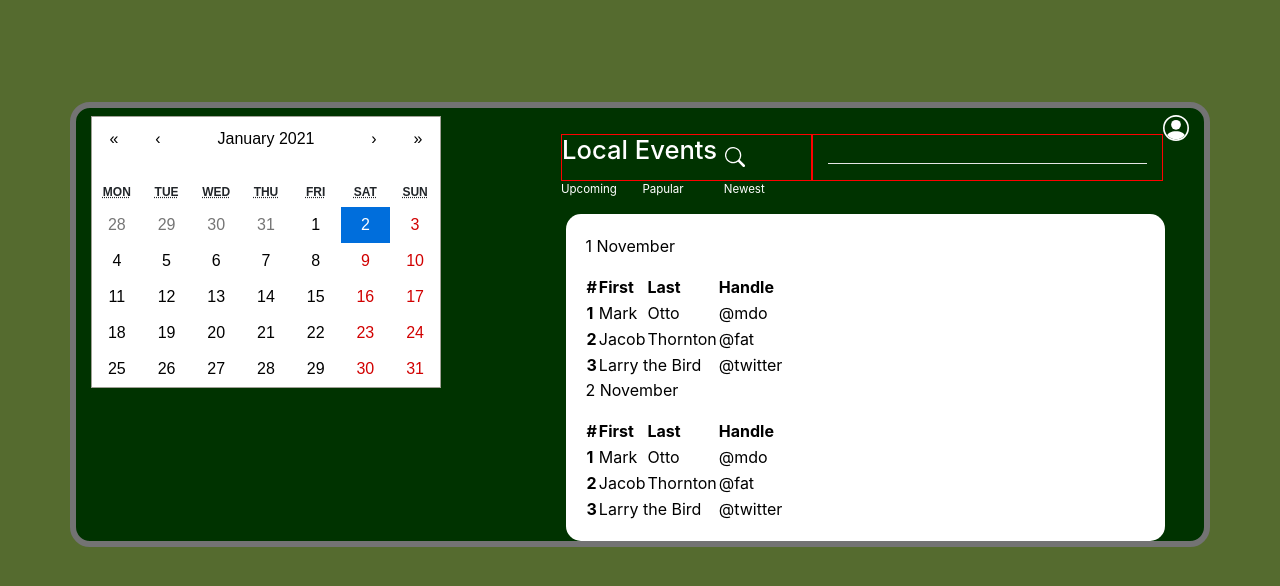
Repository: lalji-yadav/Calendar-code
Page: /
These files come from the project's save history. The page is drawn as it stood at one moment and after the next save; the edit follows.
The browser window is 1280 px wide. The pictures show the whole page.
The project was rebuilt for these pictures with package versions that can differ from the ones it lists, and the page was loaded fresh each time. Also part of the build but not shown: src/App.css.

Above is the page before, as saved 2021-01-04 10:44:59.

### src/App.js
import logo from './logo.svg';
import './App.css';
import MyApp from './calendar/calendar'
import Home from "./calendar/Home";

function App() {
  return (
    <div>
      <header>

        <Home />

      </header>
    </div>
  );
}

export default App;

### src/calendar/calendar.js
import React, { useState } from 'react';
import 'react-calendar/dist/Calendar.css';
import Calendar from 'react-calendar';

function MyApp() {
  const [value, onChange] = useState(new Date());

  return (
    <div>
      <Calendar
        onChange={onChange}
        value={value}
      />
    </div>
  );
}

export default MyApp;

### src/calendar/Home.js
import React from 'react';
import "./Home.css";
import MyApp from "./calendar";

function Home() {

  return (
    <div className="main">
      <div className='container'>
        <div className="row">
          <div className="col-sm-5 calendar">
             <MyApp />
          </div>
          <div className="col-sm-7">

            <div style={{float:"right", paddingTop:"1%"}}>
            <svg xmlns="http://www.w3.org/2000/svg" width="26" height="26" fill="white" class="bi bi-person-circle" viewBox="0 0 16 16">
            <path d="M13.468 12.37C12.758 11.226 11.195 10 8 10s-4.757 1.225-5.468 2.37A6.987 6.987 0 0 0 8 15a6.987 6.987 0 0 0 5.468-2.63z"/>
             <path fill-rule="evenodd" d="M8 9a3 3 0 1 0 0-6 3 3 0 0 0 0 6z"/>
             <path fill-rule="evenodd" d="M8 1a7 7 0 1 0 0 14A7 7 0 0 0 8 1zM0 8a8 8 0 1 1 16 0A8 8 0 0 1 0 8z"/>
            </svg>
            </div>

            <div className="row" style={{paddingTop:"4%"}}>
               <div className="col-sm-5" style={{border:"1px solid red"}}>
                 <div className="row">
                 <h1 style={{color:"white", fontSize:"2vw"}}>Local Events </h1>
               <svg  style={{margin:"5% 0% 0% 3%"}} xmlns="http://www.w3.org/2000/svg" width="20" height="20" fill="white" class="bi bi-search" viewBox="0 0 16 16">
               <path d="M11.742 10.344a6.5 6.5 0 1 0-1.397 1.398h-.001c.03.04.062.078.098.115l3.85 3.85a1 1 0 0 0 1.415-1.414l-3.85-3.85a1.007 1.007 0 0 0-.115-.1zM12 6.5a5.5 5.5 0 1 1-11 0 5.5 5.5 0 0 1 11 0z"/>
               </svg>
                 </div>
               </div>
               <div className="col-sm-7" style={{border:"1px solid red", paddingTop:"3%"}}>
               <hr style={{marginTop:"10px"}} />

               </div>

            </div>

            <div className="row">
          <div className="col-sm-5 row" style={{color:"white", fontSize:"0.9vw"}}>
            <div className="col-sm-4">
             <p>Upcoming</p>
            </div>
            <div className="col-sm-4">
              <p>Papular</p>
            </div>
            <div className="col-sm-4">
              <p>Newest</p>
            </div>

             {/* Carosal design  */}
          </div>

          <div className="tablebox">

            <p> 1 November </p>
                <table>
                    <thead>
                      <tr>
                        <th scope="col">#</th>
                        <th scope="col">First</th>
                        <th scope="col">Last</th>
                        <th scope="col">Handle</th>
                      </tr>
                    </thead>
                    <tbody>
                      <tr>
                        <th scope="row">1</th>
                        <td>Mark</td>
                        <td>Otto</td>
                        <td>@mdo</td>
                      </tr>
                      <tr>
                        <th scope="row">2</th>
                        <td>Jacob</td>
                        <td>Thornton</td>
                        <td>@fat</td>
                      </tr>
                      <tr>
                        <th scope="row">3</th>
                        <td colspan="2">Larry the Bird</td>
                        <td>@twitter</td>
                      </tr>
                    </tbody>
                  </table>

                  <p> 2 November </p>
                <table>
                    <thead>
                      <tr>
                        <th scope="col">#</th>
                        <th scope="col">First</th>
                        <th scope="col">Last</th>
                        <th scope="col">Handle</th>
                      </tr>
                    </thead>
                    <tbody>
                      <tr>
                        <th scope="row">1</th>
                        <td>Mark</td>
                        <td>Otto</td>
                        <td>@mdo</td>
                      </tr>
                      <tr>
                        <th scope="row">2</th>
                        <td>Jacob</td>
                        <td>Thornton</td>
                        <td>@fat</td>
                      </tr>
                      <tr>
                        <th scope="row">3</th>
                        <td colspan="2">Larry the Bird</td>
                        <td>@twitter</td>
                      </tr>
                    </tbody>
                  </table>
             </div>

        </div>

          </div>

        </div>

      </div>

    </div>
  );
}
export default Home;

### src/calendar/Home.css
.main {
    width: 100%;
    height: 100%;
    position: absolute;
    /* padding: 10% 5% 10% 5%; */
    background-color: darkolivegreen;
}
.container {
    width: 80%;
    /* height: 70%; */
    margin: 8% 10% 8% 10%;
    background-color: #003300;
    border: 6px solid #737373;
    border-radius: 20px;
}
.calendar {
    /* border: 2px solid red; */
    margin-top: 8px;
}
hr {
    color: white;
    width: 100%;
    margin-top: 5em;
    background-color: white;
}
.tablebox {
    margin: 0% 0% 0% 3%;
    padding: 3%;
    width: 91%;
    border-radius: 15px;
    color: black;
    background-color: white;
}

Loaded but not shown: public/index.html (common file); src/index.js (common file); src/index.css (common file); src/reportWebVitals.js (common file)

After the next save:
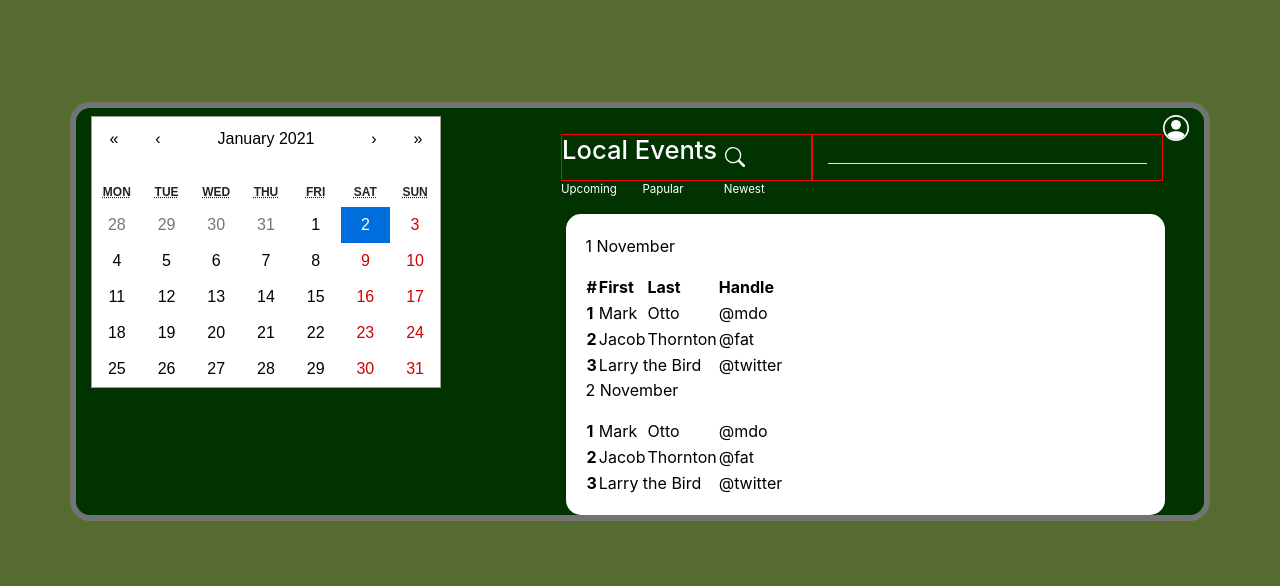
Saved 52 s later.
--- a/src/calendar/Home.js
+++ b/src/calendar/Home.js
@@ -87,14 +87,7 @@ function Home() {
 
                   <p> 2 November </p>
                 <table>
-                    <thead>
-                      <tr>
-                        <th scope="col">#</th>
-                        <th scope="col">First</th>
-                        <th scope="col">Last</th>
-                        <th scope="col">Handle</th>
-                      </tr>
-                    </thead>
+
                     <tbody>
                       <tr>
                         <th scope="row">1</th>
